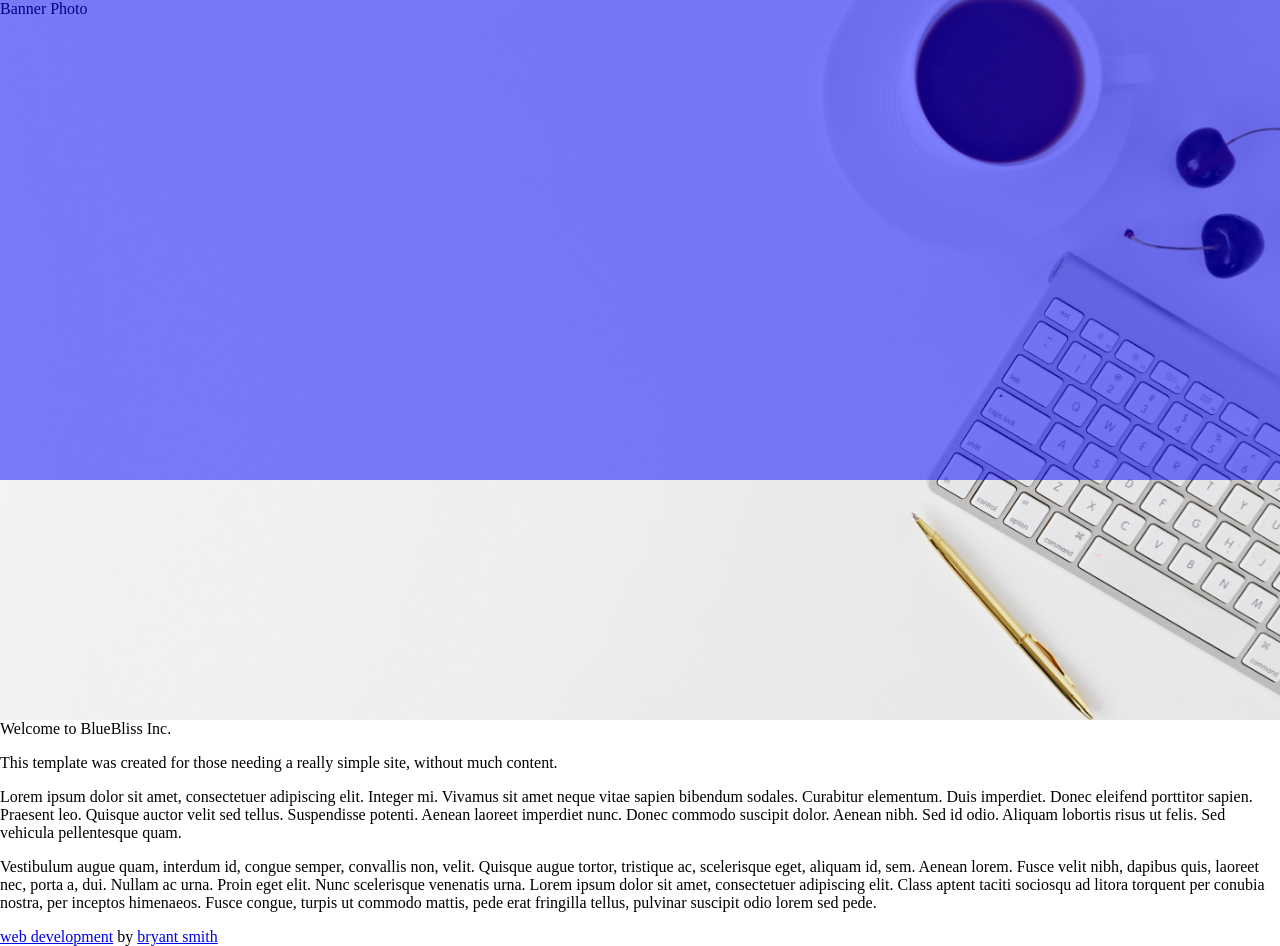
Repository: Scoofster/SWE-Flying-start-bio-website
Page: public/index.html
The author's editor kept a copy of each file at every save. The page is drawn from the files as they stood at one save, then again after the next save.
The browser window is 1280 px wide. The pictures show the whole page.

Above is the page before, as saved 2022-06-16 13:02:03.

### public/index.html
<!--
You may use this in any way, on any site, all we ask is that you please keep the link(s) crediting the author.   Though this is not mandatory, it is certainly appreciated.
 -->

<!DOCTYPE html PUBLIC "-//W3C//DTD XHTML 1.0 Strict//EN" "http://www.w3.org/TR/xhtml1/DTD/xhtml1-strict.dtd">
<html xmlns="http://www.w3.org/1999/xhtml" xml:lang="en" lang="en">
  <head>
    <title>Blue Bliss by Bryant Smith</title>
    <meta http-equiv="content-type" content="text/html;charset=utf-8" />
    <link rel="stylesheet" type="text/css" href="index.css" />
  </head>
  <body>
    <div id="mainContentArea">
      <div id="contentBox">
        <div id="hero">
          <div id="hero_overlay"></div>
          <div id="banner_photo">Banner Photo</div>
        </div>

        <div id="blueBox">
          <div id="header"></div>
          <div class="contentTitle">Welcome to BlueBliss Inc.</div>
          <div class="pageContent">
            <p>
              This template was created for those needing a really simple site,
              without much content.
            </p>
            <p>
              Lorem ipsum dolor sit amet, consectetuer adipiscing elit. Integer
              mi. Vivamus sit amet neque vitae sapien bibendum sodales.
              Curabitur elementum. Duis imperdiet. Donec eleifend porttitor
              sapien. Praesent leo. Quisque auctor velit sed tellus. Suspendisse
              potenti. Aenean laoreet imperdiet nunc. Donec commodo suscipit
              dolor. Aenean nibh. Sed id odio. Aliquam lobortis risus ut felis.
              Sed vehicula pellentesque quam.
            </p>
            <p>
              Vestibulum augue quam, interdum id, congue semper, convallis non,
              velit. Quisque augue tortor, tristique ac, scelerisque eget,
              aliquam id, sem. Aenean lorem. Fusce velit nibh, dapibus quis,
              laoreet nec, porta a, dui. Nullam ac urna. Proin eget elit. Nunc
              scelerisque venenatis urna. Lorem ipsum dolor sit amet,
              consectetuer adipiscing elit. Class aptent taciti sociosqu ad
              litora torquent per conubia nostra, per inceptos himenaeos. Fusce
              congue, turpis ut commodo mattis, pede erat fringilla tellus,
              pulvinar suscipit odio lorem sed pede.
            </p>
          </div>
          <div id="footer">
            <a href="http://www.aszx.net">web development</a> by
            <a href="http://www.bryantsmith.com">bryant smith</a>
          </div>
        </div>
      </div>
    </div>
  </body>
</html>

### public/index.css

html,body{
    margin:0;
    }



#hero {
    margin: 0%;
    padding: 0%;
    display: grid;
    width: 100vw;
    height: 100vh;
    grid-template-columns: 1fr 1fr 1fr;
    grid-template-rows: 1fr 1fr 1fr;
}

#hero_overlay {
    grid-area: 1 /1 / span 2 / span 3;
    opacity: 50%;
    background-color: blue;

}

#banner_photo {
    background-image: url(./imgs/splash_photo.jpg);
    grid-area: 1 /1/ span 3 / span 3;
    background-size:cover;
    background-repeat: no-repeat;
    margin: 0;

}

After the next save:
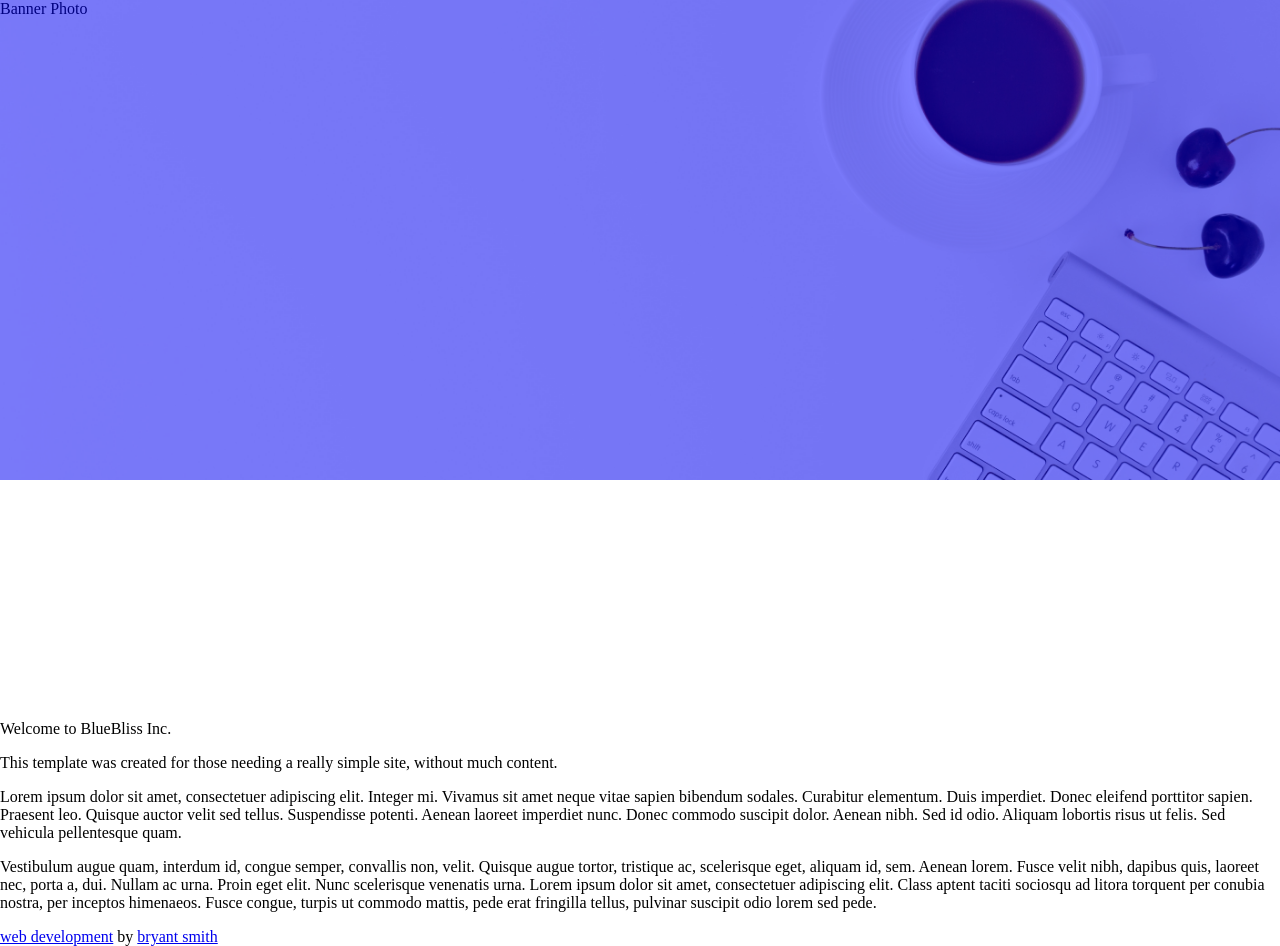
Saved 5 s later.
--- a/public/index.css
+++ b/public/index.css
@@ -24,7 +24,7 @@
 
 #banner_photo {
     background-image: url(./imgs/splash_photo.jpg);
-    grid-area: 1 /1/ span 3 / span 3;
+    grid-area: 1 /1/ span 2 / span 3;
     background-size:cover;
     background-repeat: no-repeat;
     margin: 0;
